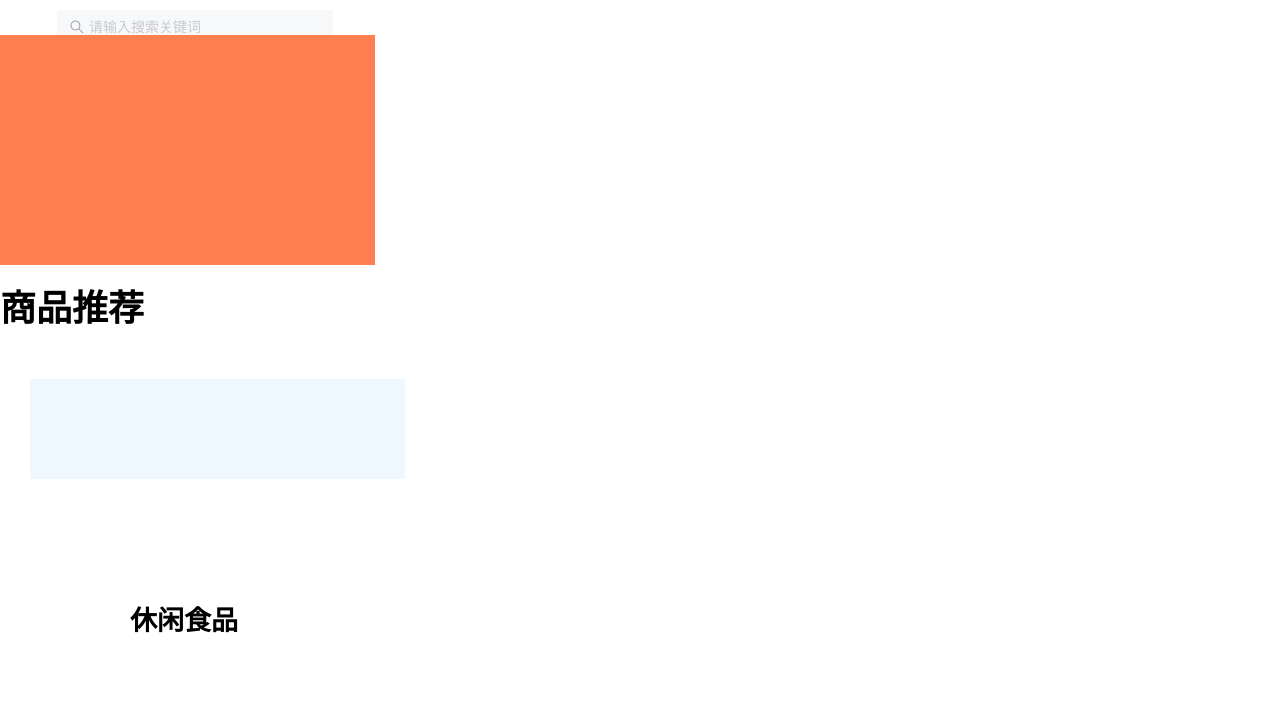
Repository: liyang777777/shangcheng
Page: /
The author's editor kept a copy of each file at every save. The page is drawn from the files as they stood at one save, then again after the next save.
The browser window is 1280 px wide. The pictures show the whole page.
The page's requests for data from a server got no answer. The project was rebuilt for these pictures with package versions that can differ from the ones it lists, and the page was loaded fresh each time. No one was signed in, and anything a server would have sent is missing. Also part of the build but not shown: vue.config.js. Imported but missing from the stored project, and not drawn on this page: src/views/About.

Above is the page before, as saved 2020-06-23 14:58:35.

After the next save:
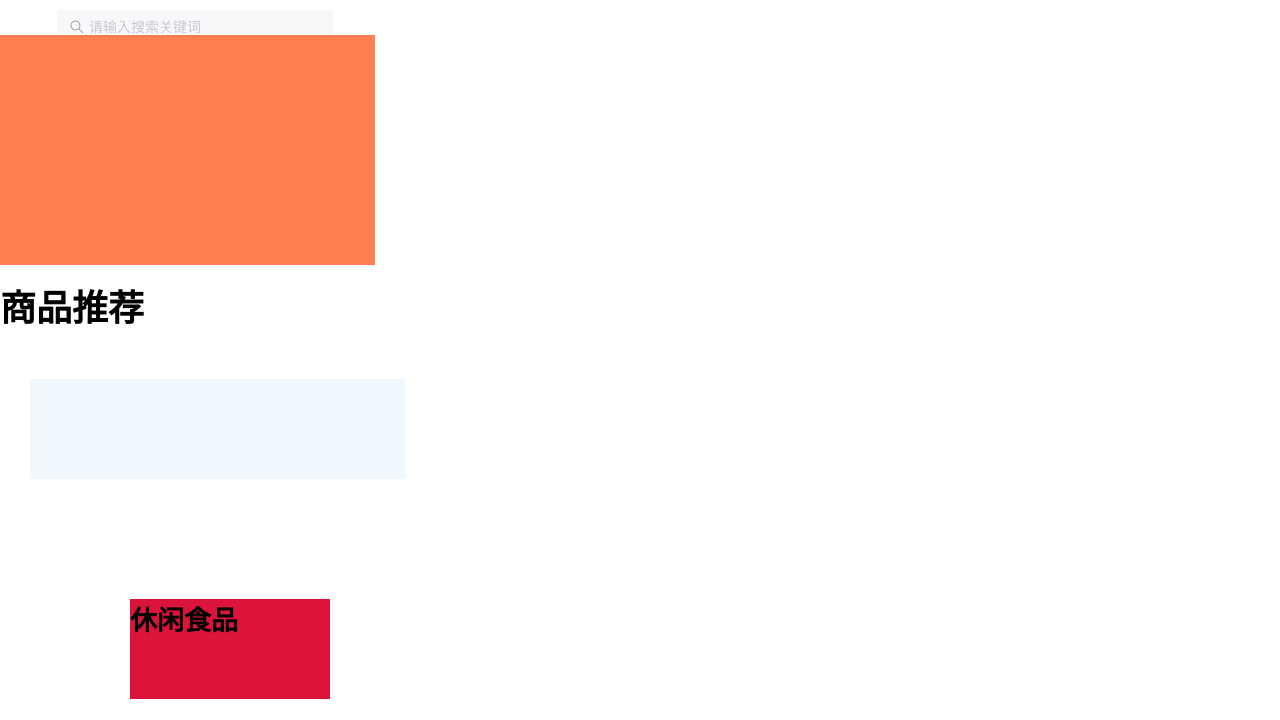
Saved 30 s later.
--- a/src/components/Prre.vue
+++ b/src/components/Prre.vue
@@ -75,5 +75,6 @@
   font-size: 18px;
   margin-top: 120px;
   margin-left: 130px;
+  background: crimson;
 }
 </style>

After the save that followed:
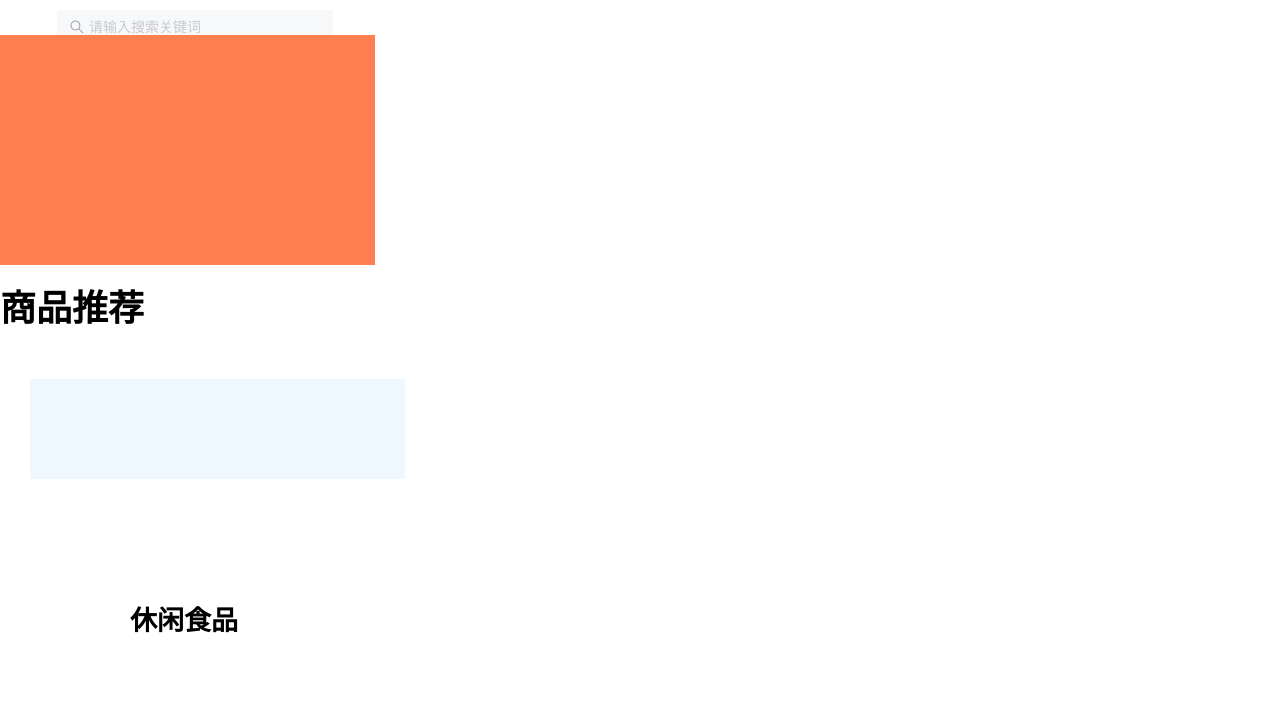
Saved 19 s later.
--- a/src/components/Prre.vue
+++ b/src/components/Prre.vue
@@ -75,6 +75,6 @@
   font-size: 18px;
   margin-top: 120px;
   margin-left: 130px;
-  background: crimson;
+
 }
 </style>
